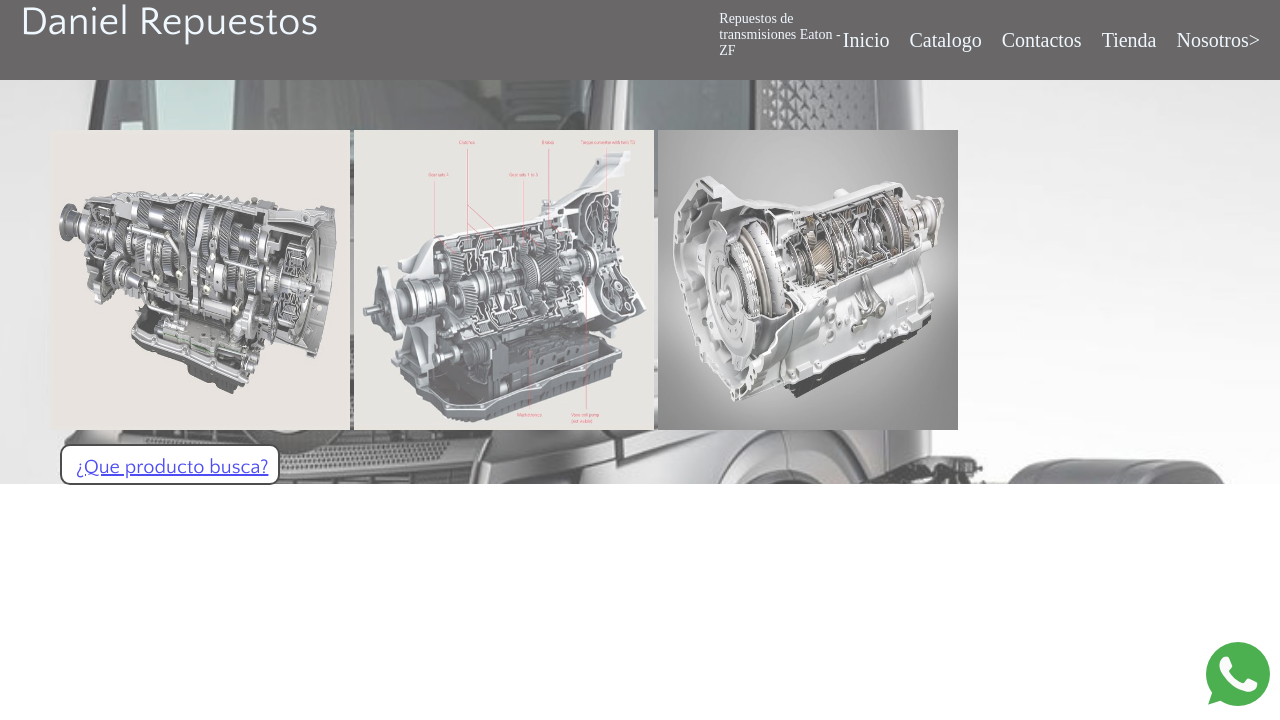
Repository: minesterani/proyecto-caja
Page: pages/nosotros.html
The author's editor kept a copy of each file at every save. The page is drawn from the files as they stood at one save, then again after the next save.
The browser window is 1280 px wide. The pictures show the whole page.

Above is the page before, as saved 2024-10-02 08:19:17.

After the next save:
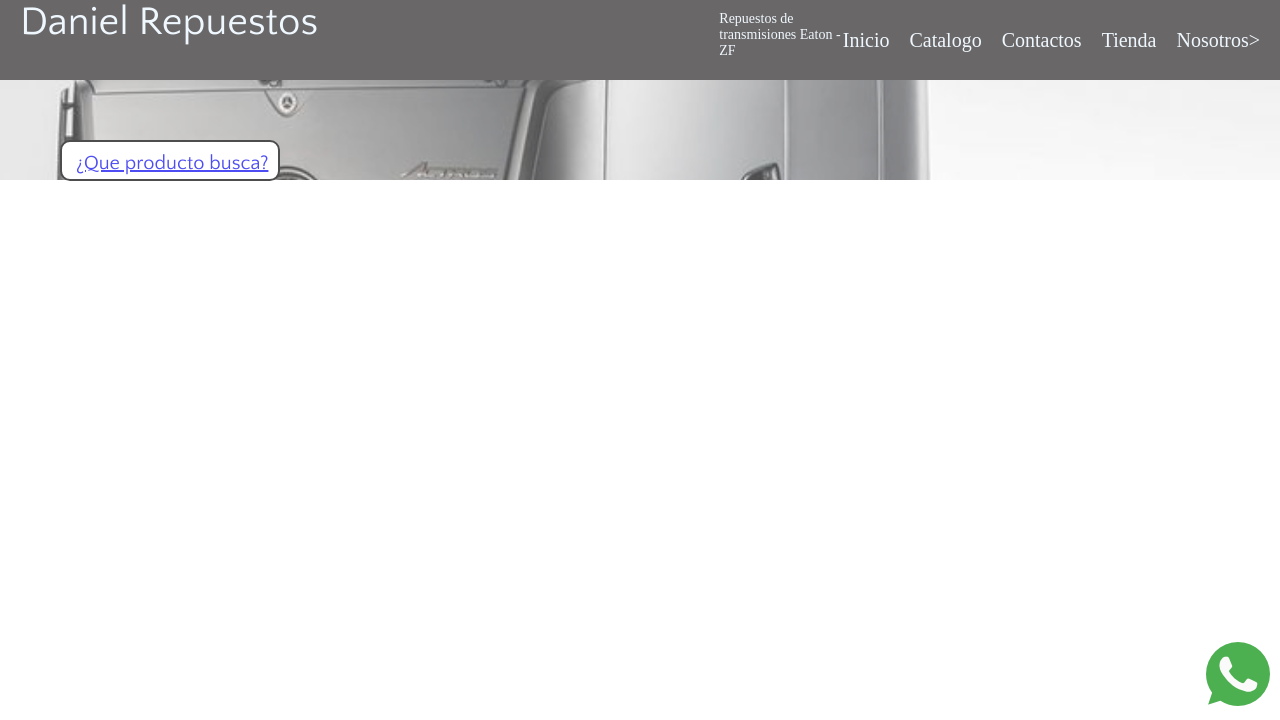
Saved 3 min 0 s later.
--- a/pages/nosotros.html
+++ b/pages/nosotros.html
@@ -27,9 +27,7 @@
    <main>
     <section class="section-nosotros">
         <div class="conteiner-nosotros">
-            <img src="../assets/img/caja 2.jpg" alt="caja 2" style="width: 300px; height: 300px;">
-            <img src="../assets/img/caja.jpg" alt="caja 3" style="width: 300px; height: 300px;">
-            <img src="../assets/img/Transmisiones de toyota.jpeg" alt="transmicion" style="width: 300px; height: 300px;">
+
         </div>
         <a href="#" class="boton">¿Que producto busca?</a>
     </section>
